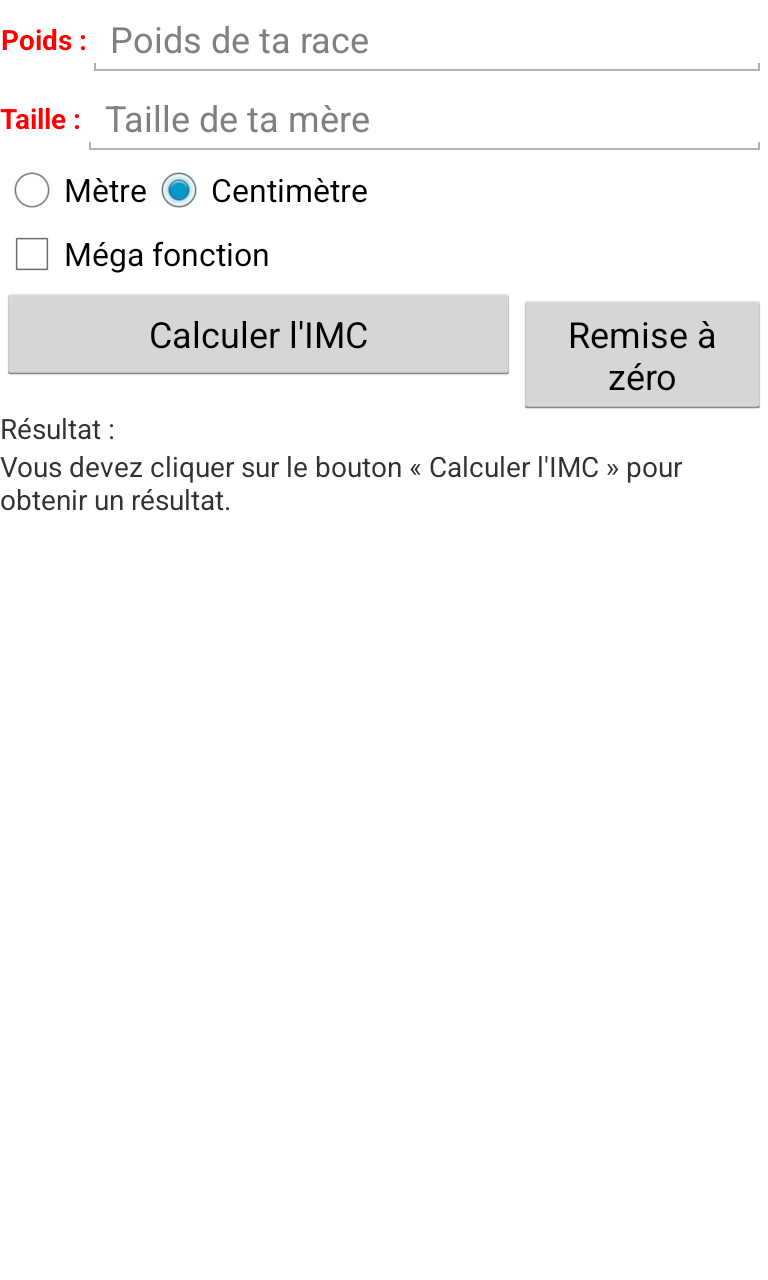
Repository: BlackyFox/PST4-NFC
Layout: Antoine/App_test/res/layout/activity_main.xml
The author's editor kept a copy of each file at every save. The layout is drawn from the files as they stood at one save, then again after the next save.
It is drawn on a 768 x 1280 px phone screen (xhdpi) without system bars, with theme AppTheme; the app's code is not run.

Above is the layout before, as saved 2014-11-03 15:36:41.

### Antoine/App_test/res/layout/activity_main.xml
<?xml version="1.0" encoding="utf-8"?>
<LinearLayout xmlns:android="http://schemas.android.com/apk/res/android"
  android:layout_width="fill_parent"
  android:layout_height="fill_parent"
  android:orientation="vertical">
  <LinearLayout
      android:layout_width="fill_parent"
      android:layout_height="wrap_content"
      android:orientation="horizontal">

      <TextView
          android:layout_width="wrap_content"
          android:layout_height="fill_parent"
          android:text="@string/poids"
          android:textStyle="bold"
          android:textColor="#FF0000"
          android:gravity="center"/>
      <EditText
          android:id="@+id/poids"
          android:layout_width="fill_parent"
          android:layout_height="wrap_content"
          android:hint="@string/hint_poids"
          android:inputType="numberDecimal"/>
  </LinearLayout>

    <LinearLayout
      android:layout_width="fill_parent"
      android:layout_height="wrap_content"
      android:orientation="horizontal">

        <TextView
          android:layout_width="wrap_content"
          android:layout_height="fill_parent"
          android:text="@string/taille"
          android:textStyle="bold"
          android:textColor="#FF0000"
          android:gravity="center"/>
        <EditText
          android:id="@+id/taille"
          android:layout_width="fill_parent"
          android:layout_height="wrap_content"
          android:hint="@string/hint_taille"
          android:inputType="numberDecimal"/>
    </LinearLayout>

  <RadioGroup
    android:id="@+id/group"
    android:layout_width="wrap_content"
    android:layout_height="wrap_content"
    android:checkedButton="@+id/radio2"
    android:orientation="horizontal"
  >
    <RadioButton
      android:id="@+id/radio1"
      android:layout_width="wrap_content"
      android:layout_height="wrap_content"
      android:text="@string/m"
    />
    <RadioButton
      android:id="@+id/radio2"
      android:layout_width="wrap_content"
      android:layout_height="wrap_content"
      android:text="@string/cm"
    />
  </RadioGroup>
  <CheckBox
    android:id="@+id/mega"
    android:layout_width="wrap_content"
    android:layout_height="wrap_content"
    android:text="@string/mega"
  />
  <LinearLayout
      android:layout_width="fill_parent"
      android:layout_height="wrap_content"
      android:orientation="horizontal">

      <Button
          android:id="@+id/calcul"
          android:layout_width="wrap_content"
          android:layout_height="wrap_content"
          android:text="@string/calcul"
          android:layout_weight="1"/>
      <Button
          android:id="@+id/raz"
          android:layout_width="wèrap_content"
          android:layout_height="wrap_content"
          android:text="@string/raz"
          android:layout_weight="1"/>
  </LinearLayout>

  <TextView
    android:layout_width="wrap_content"
    android:layout_height="wrap_content"
    android:text="@string/resultat"
  />
  <TextView
    android:id="@+id/result"
    android:layout_width="fill_parent"
    android:layout_height="fill_parent"
    android:text="@string/result"
  />
</LinearLayout>

### Antoine/App_test/res/values/strings.xml
<?xml version="1.0" encoding="utf-8"?>
<resources>

    <string name="app_name">App_test</string>
    <string name="hello_world">Hello world!</string>
    <string name="action_settings">Settings</string>
    <string name="poids">Poids :</string>
    <string name="hint_poids">Poids de ta race</string>
    <string name="result">Vous devez cliquer sur le bouton « Calculer l\'IMC » pour obtenir un résultat.</string>
    <string name="resultat">Résultat : </string>
    <string name="raz">Remise à zéro</string>
    <string name="calcul">Calculer l\'IMC</string>
    <string name="mega">Méga fonction</string>
    <string name="cm">Centimètre</string>
    <string name="m">Mètre</string>
    <string name="taille">Taille :</string>
    <string name="hint_taille">Taille de ta mère</string>

</resources>

Loaded but not shown: Antoine/App_test/res/values/styles.xml (common file); Antoine/App_test/res/values-v11/styles.xml (common file); Antoine/App_test/res/values-v14/styles.xml (common file)

After the next save:
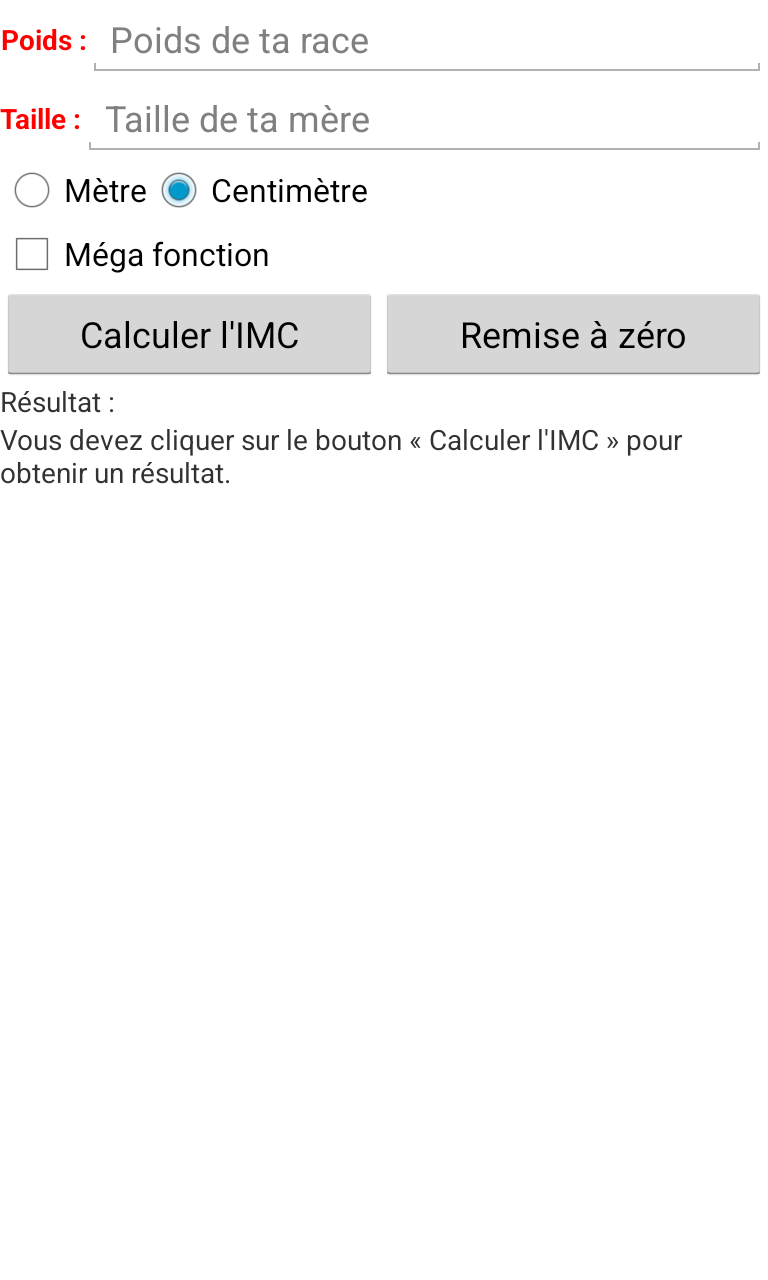
Saved 18 s later.
--- a/Antoine/App_test/res/layout/activity_main.xml
+++ b/Antoine/App_test/res/layout/activity_main.xml
@@ -82,7 +82,7 @@
           android:layout_weight="1"/>
       <Button
           android:id="@+id/raz"
-          android:layout_width="wèrap_content"
+          android:layout_width="wrap_content"
           android:layout_height="wrap_content"
           android:text="@string/raz"
           android:layout_weight="1"/>
